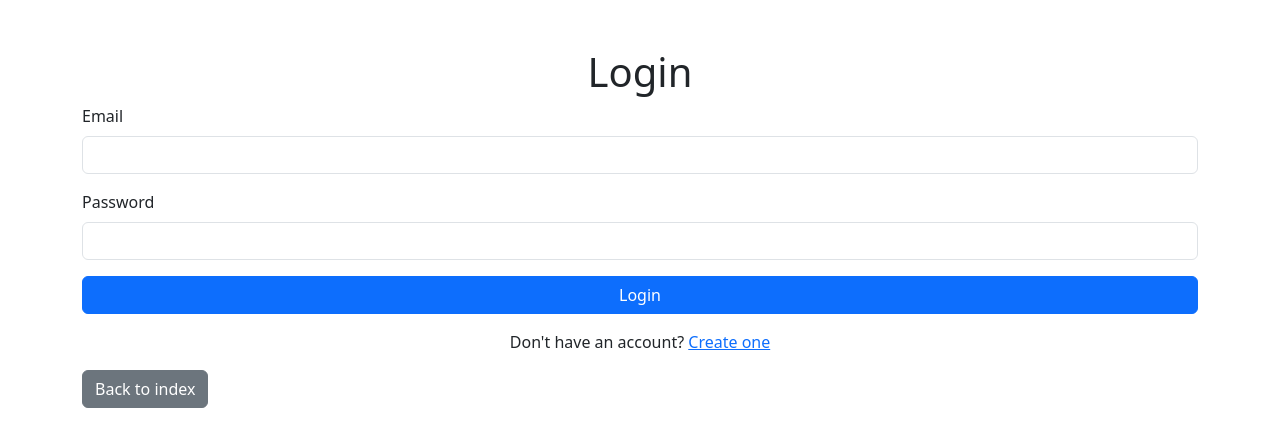
Repository: Abdulahi338/Book-management-system
Page: http://localhost/libray/login.php
These files come from the project's save history. The page is drawn as it stood at one moment and after the next save; the edit follows.
The browser window is 1280 px wide. The pictures show the whole page.
The page is run by PHP 8.4 with error messages shown; the project is at /var/www/html/.

Above is the page before, as saved 2024-08-22 15:21:05.

After the next save:
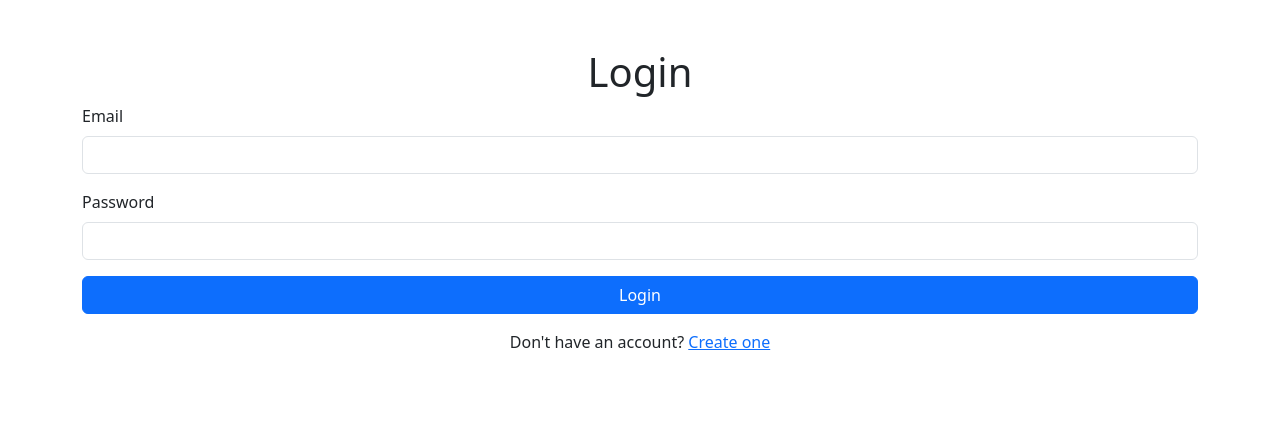
Saved 39 s later.
--- a/login.php
+++ b/login.php
@@ -61,7 +61,6 @@ if (isset($_POST['Login'])) {
         </div>
         <button type="submit" name="Login" class="btn btn-primary w-100">Login</button>
         <p class="mt-3 text-center">Don't have an account? <a href="register.php">Create one</a></p>
-        <a href="index.php" class="btn btn-secondary">Back to index</a>
 
     </form>
 </div>
